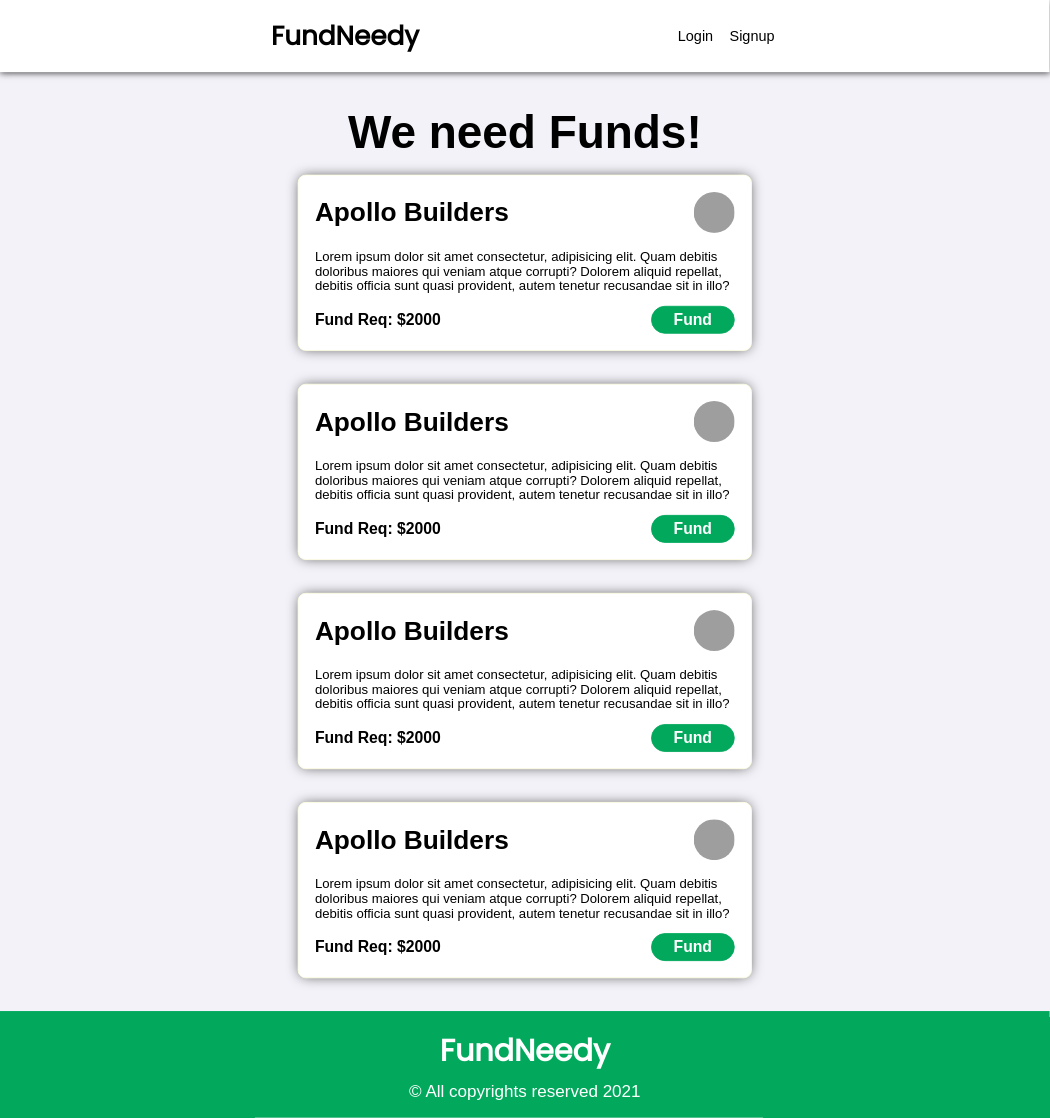
Repository: osdc/codejam
Page: /needies (app in sassy-sandwiches/fund-needy/)
An editor plug-in stored every save of this project. The page is shown before and after the next save, followed by the edit.
The browser window is 1280 px wide. The pictures show the whole page, at 82% of full size.
Pictures or frames that could not be fetched are drawn as grey boxes. The project was rebuilt for these pictures with package versions that can differ from the ones it lists, and the page was loaded fresh each time. Also part of the build but not shown: sassy-sandwiches/fund-needy/src/Showcase.css, sassy-sandwiches/fund-needy/src/Showcase.js, sassy-sandwiches/fund-needy/src/FirmFund.css, sassy-sandwiches/fund-needy/src/FirmFund.js.

Above is the page before, as saved 2021-01-09 21:20:24.

### sassy-sandwiches/fund-needy/src/App.js
import React from "react";
import "./App.css";
import Navbar from "./Navbar";
import Showcase from "./Showcase";
import Needies from "./Needies";
import Footer from "./Footer";
import { BrowserRouter as Router, Route, Switch } from "react-router-dom";
import FirmFund from "./FirmFund";

function App() {
  return (
    <div className="App">
      <Router>
        <Navbar />
        <Switch>
          <Route exact path="/" component={Showcase} />
          <Route path="/needies" component={Needies} />
          <Route path="/firmname" component={FirmFund} />
        </Switch>
        <Footer />
      </Router>
    </div>
  );
}

export default App;

### sassy-sandwiches/fund-needy/src/App.css
* {
  margin: 0;
  padding: 0;
  font-family: Arial, Helvetica, sans-serif;
}

body {
  background-color: #f3f2f8;
}

### sassy-sandwiches/fund-needy/src/Navbar.js
import React from "react";
import "./Navbar.css";

function Navbar() {
  return (
    <div className="navbar">
      <div className="navbar_logo">
        <h1>FundNeedy</h1>
      </div>
      <div className="navbar_login_signup">
        <button>Login</button>
        <button>Signup</button>
      </div>
    </div>
  );
}

export default Navbar;

### sassy-sandwiches/fund-needy/src/Needies.js
import React from "react";
import "./Needies.css";
import Needy from "./Needy";

function Needies() {
  return (
    <div className="needies">
      <div className="needies_headline">
        <h1>We need Funds!</h1>
        <Needy />
        <Needy />
        <Needy />
        <Needy />
      </div>
    </div>
  );
}

export default Needies;

### sassy-sandwiches/fund-needy/src/Footer.js
import React from "react";
import "./Footer.css";

function Footer() {
  return (
    <div className="footer">
      <h1>FundNeedy</h1>
      <p>© All copyrights reserved 2021</p>
    </div>
  );
}

export default Footer;

### sassy-sandwiches/fund-needy/src/Navbar.css
@import url("https://fonts.googleapis.com/css2?family=Poppins&display=swap");

.navbar {
  display: flex;
  align-items: center;
  justify-content: space-evenly;
  padding: 20px;
  -webkit-box-shadow: 0px 1px 8px 0px rgba(0, 0, 0, 0.75);
  -moz-box-shadow: 0px 1px 8px 0px rgba(0, 0, 0, 0.75);
  box-shadow: 0px 1px 8px 0px rgba(0, 0, 0, 0.75);
  background-color: #fff;
  /* position: sticky; */
  top: 0;
  z-index: 10000;
}

.navbar_logo > h1 {
  font-family: "Poppins", sans-serif;
}

.navbar_login_signup {
  display: flex;
  align-items: center;
  justify-content: space-between;
}

.navbar_login_signup > button:nth-of-type(1) {
  margin-right: 10px;
}

.navbar_login_signup > button {
  padding: 5px;
  font-size: 1.1rem;
  outline: none;
  border: none;
  background-color: #fff;
  cursor: pointer;
  width: 100%;
}

### sassy-sandwiches/fund-needy/src/Needies.css
.needies_headline > h1 {
  font-size: 3.5rem;
  text-align: center;
  margin-top: 20px;
  padding: 20px;
}

### sassy-sandwiches/fund-needy/src/Needy.js
import React from "react";
import "./Needy.css";
import { useHistory } from "react-router-dom";

function Needy() {
  const History = useHistory();

  const handleFund = (e) => {
    History.push("/firmname");
  };

  return (
    <div className="needy">
      <div className="needy_header">
        <h1>Apollo Builders</h1>
        <img
          src="https://i.pinimg.com/originals/ba/fc/15/bafc1525cef9606c5c064694ca8e60fb.jpg"
          alt=""
        />
      </div>
      <div className="needy_body">
        <p>
          Lorem ipsum dolor sit amet consectetur, adipisicing elit. Quam debitis
          doloribus maiores qui veniam atque corrupti? Dolorem aliquid repellat,
          debitis officia sunt quasi provident, autem tenetur recusandae sit in
          illo?
        </p>
      </div>
      <div className="needy_footer">
        <p>
          <strong>Fund Req: $2000</strong>
        </p>
        <button onClick={handleFund}>Fund</button>
      </div>
    </div>
  );
}

export default Needy;

### sassy-sandwiches/fund-needy/src/Footer.css
.footer {
  text-align: center;
  background-color: #02a95c;
  color: #fff;
  padding: 20px;
}

.footer > h1 {
  font-size: 2.3rem;
  font-family: "Poppins";
}

.footer > p {
  font-size: 1.3rem;
  font-weight: 400;
  margin-top: 10px;
}

### sassy-sandwiches/fund-needy/src/Needy.css
.needy {
  width: 40%;
  background-color: #fff;
  padding: 20px;
  border-radius: 10px;
  -webkit-box-shadow: 0px 0px 15px -3px rgba(0, 0, 0, 0.75);
  -moz-box-shadow: 0px 0px 15px -3px rgba(0, 0, 0, 0.75);
  box-shadow: 0px 0px 15px -3px rgba(0, 0, 0, 0.75);
  margin: auto;
  margin-bottom: 40px;
  border: 1px solid lightyellow;
}

.needy_header {
  display: flex;
  align-items: center;
  justify-content: space-between;
}

.needy_header > img {
  height: 50px;
  width: 50px;
  border-radius: 50%;
}

.needy_body {
  margin-top: 20px;
}

.needy_footer {
  display: flex;
  align-items: center;
  justify-content: space-between;
  margin-top: 15px;
}

.needy_footer > p {
  font-size: 1.2rem;
}

.needy_footer > button {
  font-size: 1.2rem;
  width: 20%;
  border-radius: 30px;
  outline: none;
  background-color: #02a95c;
  color: #fff;
  font-weight: 700;
  padding: 5px;
  border: 1px solid #02a95c;
  cursor: pointer;
}

Loaded but not shown: sassy-sandwiches/fund-needy/public/index.html (common file); sassy-sandwiches/fund-needy/src/index.js (common file); sassy-sandwiches/fund-needy/src/index.css (common file)

After the next save:
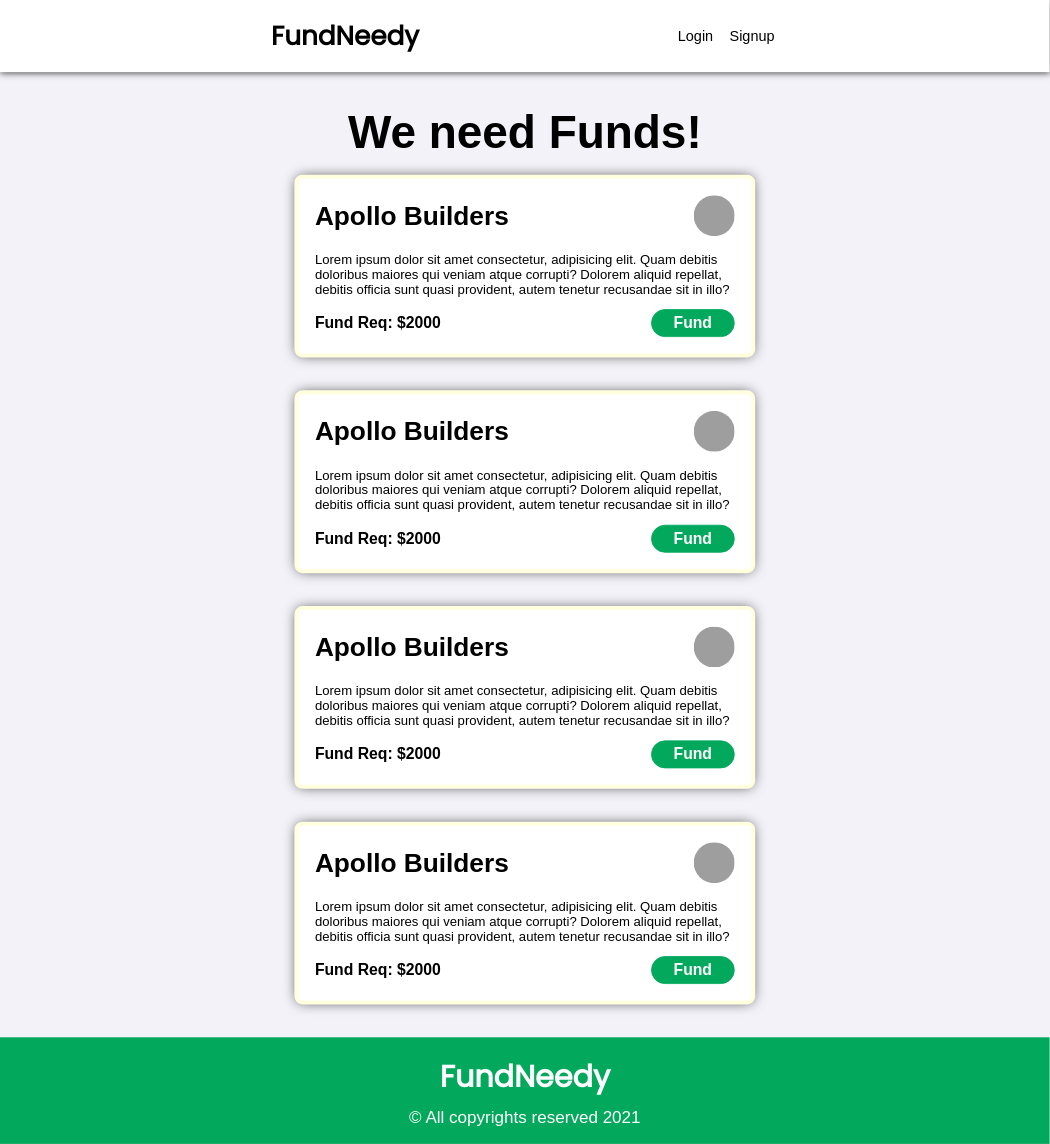
Saved 7 s later.
--- a/sassy-sandwiches/fund-needy/src/Needy.css
+++ b/sassy-sandwiches/fund-needy/src/Needy.css
@@ -8,7 +8,7 @@
   box-shadow: 0px 0px 15px -3px rgba(0, 0, 0, 0.75);
   margin: auto;
   margin-bottom: 40px;
-  border: 1px solid lightyellow;
+  border: 5px solid lightyellow;
 }
 
 .needy_header {
